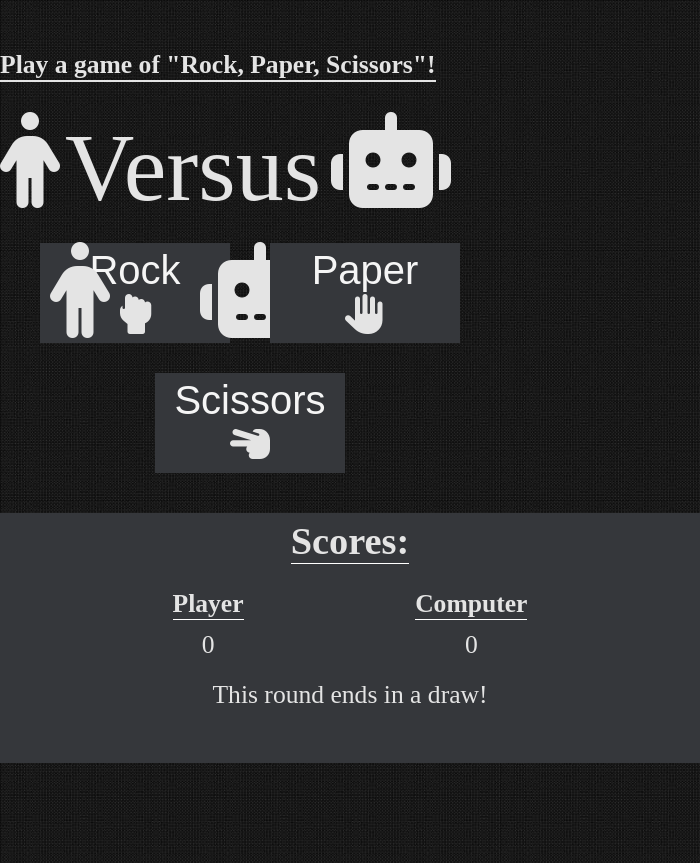
Repository: Pafestivo/rock-paper-scissors
Page: index.html
The author's editor kept a copy of each file at every save. The page is drawn from the files as they stood at one save, then again after a run of saves.
The browser window is 375 px wide. The page is 700 px wide, so the pictures cover 700 px, including what lies to the right of the window. The pictures show the whole page.
After loading, the first visible `#rock` was clicked once.
Some web libraries are served in a nearby version.

Above is the page before, as saved 2022-10-15 14:26:09.

### index.html
<!DOCTYPE html>
<html lang="en">
<head>
  <meta charset="UTF-8">
  <meta name="viewport" content="width=device-width, initial-scale=1.0">
  <link rel="stylesheet" href="styles.css">
  <script src="js-file.js" defer></script>
  <script src="https://kit.fontawesome.com/e2364af56b.js" crossorigin="anonymous"></script>
  <title>Rock, Paper, Scissors</title>
</head>
<body>

  <header>
    <h1>Play a game of "Rock, Paper, Scissors"!</h1>
  </header>
  <div id="versus">
    <i class="fa-solid fa-person"></i>
    <p>Versus</p>
    <i class="fa-solid fa-robot"></i>
  </div> <!-- /versus -->

  <div class="buttons">
    <button id="rock">
      Rock
      <i class="fa-solid fa-hand-back-fist"></i>
    </button>
    <button id="paper">
      Paper
      <i class="fa-solid fa-hand"></i>
    </button>
    <button id="scissors">
      Scissors
      <i class="fa-solid fa-hand-scissors"></i>
    </button>
  </div> <!-- /buttons -->


  <div id="results">

    <div class="scores">
      <h1 id="scores-header">Scores:</h1>
    </div> <!-- /scores -->

    <div class="columns">
      <div class="player">
        <h1 class="underline">Player</h1>
        <p id ="player-points" class="points">0</p>
      </div> <!-- /player-scores -->

      <div class="comp">
        <h1 class="underline">Computer</h1>
        <p id="computer-points" class="points">0</p>
      </div> <!-- /comp-scores -->
    </div><!-- /columns -->

  </div> <!-- /results -->

  <button id="play-again" class="hidden"><a href="https://pafestivo.github.io/rock-paper-scissors/">Play again</a></button>


</body>
</html>

### styles.css
* {
  margin: 0;
  padding: 0;
  box-sizing: border-box;
}

body {
  font-family: serif;
  background-image: url(images/background.jpg);
  color: rgb(228, 228, 228);
}

header {
  width: max-content;
  margin: 50px auto 30px auto;
  border-bottom: 2px solid rgb(228, 228, 228);
}

#versus {
  display: flex;
  width: 700px;
  font-size: 10rem;
  margin: 0 auto 20px auto;
  justify-content: space-evenly;
  color: rgb(228, 228, 228);
}

.fa-robot {
  margin-left: 10px;
  font-size: 10rem;
}

.fa-person {
  font-size: 10rem;
  margin-right: 5px;
}

.buttons {
  display: flex;
  width: 700px;
  margin: 0 auto;
  justify-content: space-evenly;
}

button {
  position: relative;
  width: 190px;
  height: 100px;
  background-color: #35373B;
  border: none;
  font-size: 40px;
  color: whitesmoke;
}

button .fa-solid {
  width: 100%;
  color: rgb(228, 228, 228);
}

button:hover {
  cursor: pointer;
  background-color: #56595f;
}

button:focus {
  background-color: #635656;
}

button:disabled:hover {
  cursor: not-allowed;
  background-color: #35373B;
}

.comp-choice {
  position: absolute;
  bottom: 5px;
  right: 10px;
  font-size: 20px;
  max-width: 20px;
}

.player-choice {
  position: absolute;
  bottom: 5px;
  left: 10px;
  font-size: 20px;
  max-width: 20px;
}

#results {
  margin: 40px auto 40px auto;
  width: 700px;
  height: 250px;
  padding: 1px;
  background-color: #35373B;
}

#scores-header {
  margin: 5px auto 25px auto;
  font-size: 3em;
  width: max-content;
  border-bottom: 1px solid white;
}

.columns {
  display: flex;
  justify-content: space-evenly;
  margin-bottom: 20px;
}

.round-result {
  margin-bottom: 15px;
  font-size: 2em;
  text-align: center;
  padding: 0;
}

.underline {
  width: max-content;
  border-bottom: 1px solid white;
}

.points {
  font-size: 2em;
  text-align: center;
  margin-top: 10px;
}

a {
  text-decoration: none;
  color: inherit;
}

#play-again {
  display: block;
  margin: 0 auto;
  font-size: 2rem;
  width: 200px;
  height: 60px;
}

.hidden {
  visibility: hidden;
}

@media only screen and (max-width: 600px) {
  body {
    font-size: 0.8rem;
  }

  #versus {
    width: 400px;
    font-size: 6rem;
  }

  .fa-robot {
    font-size: 6rem;
  }

  .fa-person {
    font-size: 6rem;
  }

  .buttons {
    flex-wrap: wrap;
    row-gap: 30px;
    width: 500px;
  }
}

### js-file.js
let playerScore = 0;
let computerScore = 0;

const playerColumn = document.querySelector('.player');
const playerPoints = document.getElementById('player-points');

const computerColumn = document.querySelector('.comp');
const computerPoints = document.getElementById('computer-points');

//round logic
function playRound(playerSelection, computerSelection) {

  let log = ""


  if (
    (playerSelection === "Rock" && computerSelection === "Paper") ||
    (playerSelection === "Paper" && computerSelection === "Scissors") ||
    (playerSelection === "Scissors" && computerSelection === "Rock")
    ) {
    log = "You lost this round!"
    computerScore++
  }
  else if (
    (playerSelection === "Paper" && computerSelection === "Rock") ||
    (playerSelection === "Rock" && computerSelection === "Scissors") ||
    (playerSelection === "Scissors" && computerSelection === "Paper")
  ) {
    log = "You won this round!"
    playerScore++
  }
  else if (
    (playerSelection === computerSelection)
  ) {
    log = "This round ends in a draw!"
  }

  playerPoints.textContent = playerScore;

  computerPoints.textContent = computerScore;


  //finish the game at 5 points + show play again button
  const buttons = document.querySelectorAll('button');
  const playAgain = document.getElementById('play-again')
  if(playerScore === 5) {
    for(i = 0; i < buttons.length - 1; i++) {
      buttons[i].setAttribute("disabled", "disabled"); //disable buttons
      playAgain.classList.remove('hidden');
    }

    return "You won!";

  } else if (computerScore === 5) {
    for(i = 0; i < buttons.length - 1; i++) {
      buttons[i].setAttribute("disabled", "disabled");
      playAgain.classList.remove('hidden');
    }
    return "You lost!";
  }

  return log;
};

//variables to target the buttons
const rockChosen = document.querySelector('#rock');
const paperChosen = document.querySelector('#paper');
const scissorsChosen = document.querySelector('#scissors');


//computer selection
function getComputerChoice() {
  const possibleChoices = ["Rock", "Paper", "Scissors"];
  const randomize = Math.floor(Math.random() * possibleChoices.length);
  let selected = possibleChoices[randomize];

  if(document.querySelector('button #robot') != null) { //checks to see if robot icon already exists
    const robotIcon = document.getElementById('robot');
    const parent = document.getElementById('robot').parentElement;
    parent.removeChild(robotIcon); //remove the icon if it exists
  }

  if (selected === "Rock") {
    rockChosen.insertAdjacentHTML('beforeend', '<i id="robot" class="fa-solid fa-robot comp-choice"></i>'); //adds robot icon

  } else if (selected === "Paper") {
    paperChosen.insertAdjacentHTML('beforeend', '<i id="robot" class="fa-solid fa-robot comp-choice"></i>');

  } else if (selected === "Scissors") {
    scissorsChosen.insertAdjacentHTML('beforeend', '<i id="robot" class="fa-solid fa-robot comp-choice"></i>');
  }

  return selected;
};


//adding the round result paragraph to the page
const results = document.querySelector('#results');
const para = document.createElement('p');
para.classList.add('round-result');


//function for event listeners
function rockRound() {

  if(document.querySelector('button #human') != null) { //checks to see if human icon already exists
    const humanIcon = document.getElementById('human');
    const parent = document.getElementById('human').parentElement;
    parent.removeChild(humanIcon); //remove the icon if it exists
  }

  rockChosen.insertAdjacentHTML('beforeend', '<i id="human" class="fa-solid fa-person player-choice"></i>'); //adds human icon

  let computerSelection = getComputerChoice();

  let roundResult = playRound("Rock", computerSelection);

  para.textContent = roundResult;
  results.appendChild(para);
};

function paperRound() {
  let computerSelection = getComputerChoice();

  if(document.querySelector('button #human') != null) { //checks to see if human icon already exists
    const humanIcon = document.getElementById('human');
    const parent = document.getElementById('human').parentElement;
    parent.removeChild(humanIcon); //remove the icon if it exists
  }

  paperChosen.insertAdjacentHTML('beforeend', '<i id="human" class="fa-solid fa-person player-choice"></i>'); //adds human icon

  para.textContent = playRound("Paper", computerSelection);
  results.appendChild(para);
};

function scissorsRound() {
  let computerSelection = getComputerChoice();

  if(document.querySelector('button #human') != null) { //checks to see if human icon already exists
    const humanIcon = document.getElementById('human');
    const parent = document.getElementById('human').parentElement;
    parent.removeChild(humanIcon); //remove the icon if it exists
  }

  scissorsChosen.insertAdjacentHTML('beforeend', '<i id="human" class="fa-solid fa-person player-choice"></i>'); //adds human icon

  para.textContent = playRound("Scissors", computerSelection);
  results.appendChild(para);
};
//end of event listeners functions


//adding event listeners to each button
const rock = document.querySelector('#rock');
rock.addEventListener("click", rockRound);

const paper = document.querySelector('#paper');
paper.addEventListener("click", paperRound);

const scissors = document.querySelector('#scissors');
scissors.addEventListener("click", scissorsRound);

After the next 5 saves:
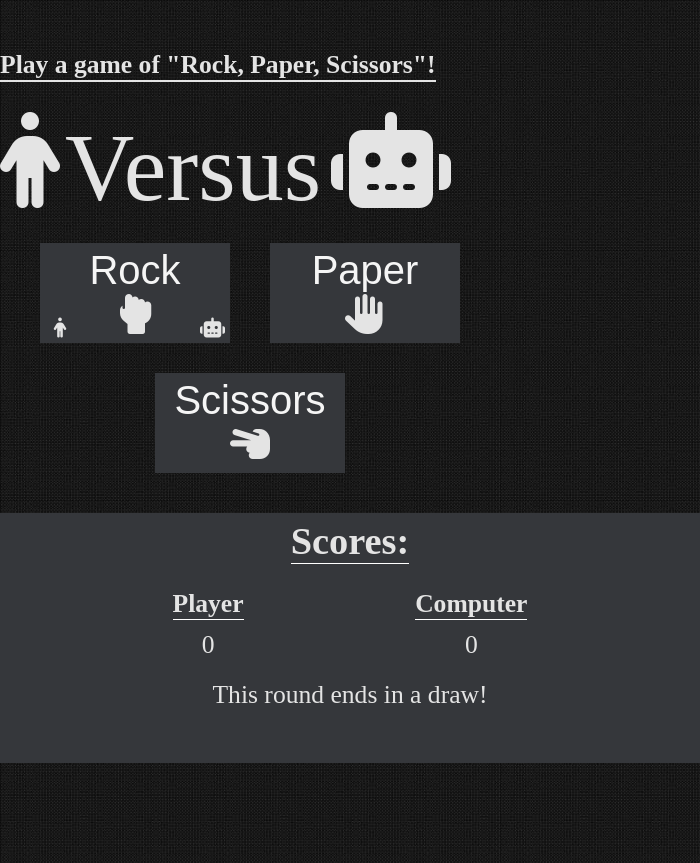
The 5 saves are shown as one change because they came seconds apart.
The last was saved 60 s later.
--- a/styles.css
+++ b/styles.css
@@ -166,4 +166,19 @@
     row-gap: 30px;
     width: 500px;
   }
+
+  .comp-choice {
+    bottom: 5px;
+    right: 10px;
+    font-size: 20px;
+    max-width: 20px;
+  }
+
+  .player-choice {
+    position: absolute;
+    bottom: 5px;
+    left: 10px;
+    font-size: 20px;
+    max-width: 20px;
+  }
 }

After the save that followed:
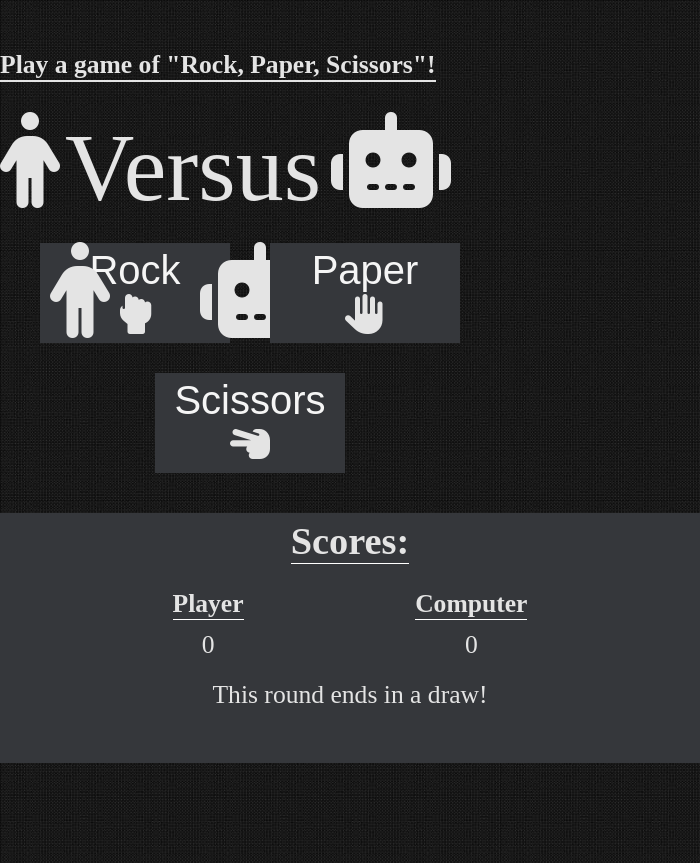
Saved 10 s later.
--- a/styles.css
+++ b/styles.css
@@ -167,18 +167,5 @@
     width: 500px;
   }
 
-  .comp-choice {
-    bottom: 5px;
-    right: 10px;
-    font-size: 20px;
-    max-width: 20px;
-  }
 
-  .player-choice {
-    position: absolute;
-    bottom: 5px;
-    left: 10px;
-    font-size: 20px;
-    max-width: 20px;
-  }
 }
